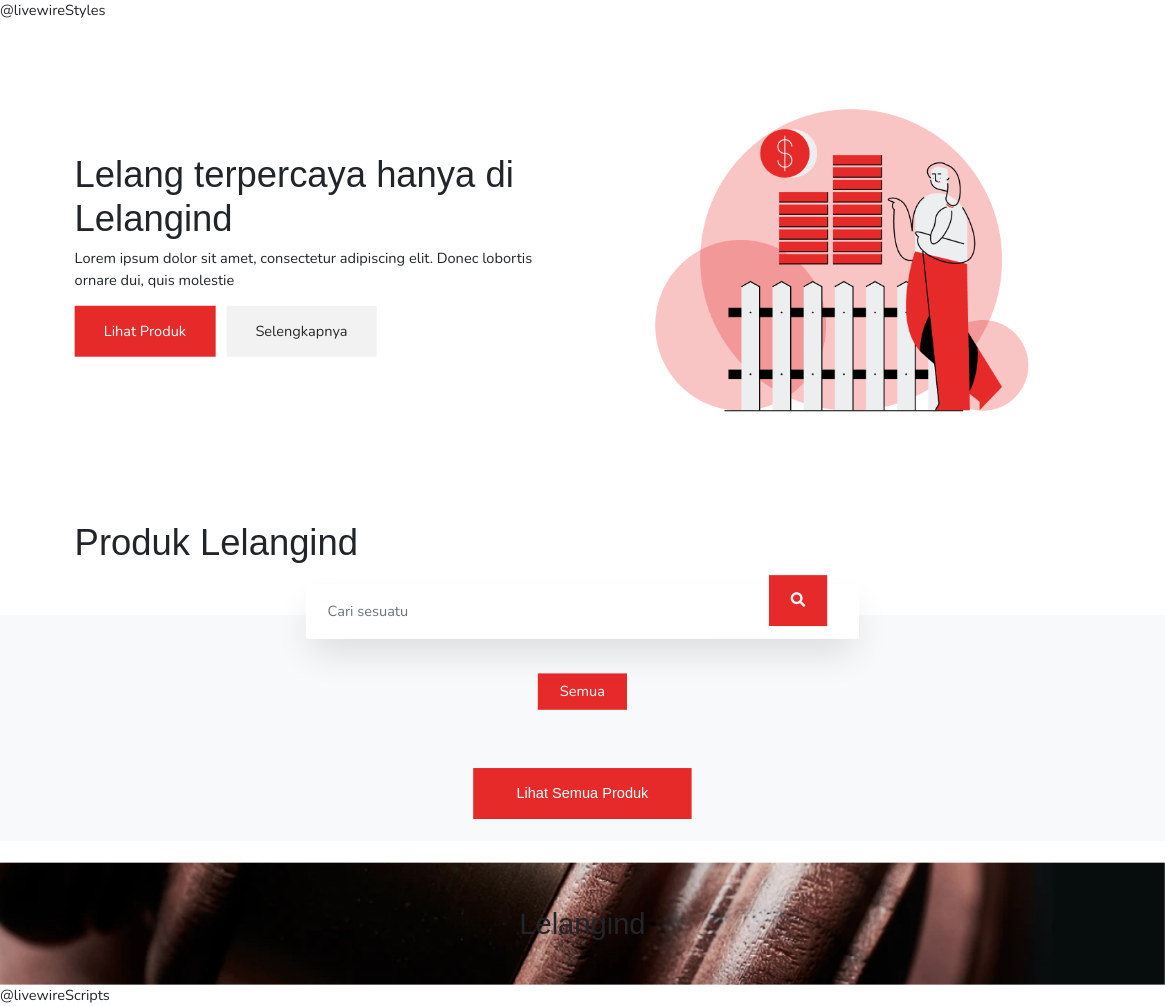
Repository: khulqu15/lelangyuk
Page: http://localhost/
These files come from the project's save history. The page is drawn as it stood at one moment and after the next save; the edit follows.
The browser window is 1280 px wide. The pictures show the whole page, at 91% of full size.
Backgrounds fixed to the window are drawn as part of the page. Some web fonts or font styles are not loaded; a fallback is used. The page is served by the project's Laravel application, run on PHP 8.4 with Laravel 8. Other server files are loaded and not shown. Queries for data that is not in the repository find no rows.

Above is the page before, as saved 2021-02-15 15:58:53.

### routes/web.php
<?php

use App\Http\Controllers\PageController;
use App\Http\Livewire\Page\Home;
use Illuminate\Support\Facades\Route;

/*
|--------------------------------------------------------------------------
| Web Routes
|--------------------------------------------------------------------------
|
| Here is where you can register web routes for your application. These
| routes are loaded by the RouteServiceProvider within a group which
| contains the "web" middleware group. Now create something great!
|
*/

Route::get('/', [PageController::class, 'home'])->name('home');

Route::get('home', [Home::class, 'render']);

Route::middleware(['auth:sanctum', 'verified'])->get('/dashboard', function () {
    return view('dashboard');
})->name('dashboard');

### app/Http/Controllers/PageController.php
<?php

namespace App\Http\Controllers;

use App\Models\CategoryProduct;
use App\Models\Product;
use Illuminate\Http\Request;

class PageController extends Controller
{
    public $product;
    public $ctr;

    public function __construct(Product $product, CategoryProduct $category)
    {
        $this->ctr = $category;
        $this->product = $product;
    }

    public function home(Request $request)
    {
        $query = $this->product->query();
        $product = $query->with('Category');
        if($request->get('name')) {
            $products = $query->where('name', 'LIKE', "%".$request->get('name')."%");
        }
        if($request->get('category')) {
            $products = $query->where('category_id', $request->get('category'));
        }
        $products = $query->paginate(6);
        $categories = $this->ctr->paginate(4);
        return view('welcome', compact('products', 'categories'));
    }

    public function products(Request $request)
    {

    }

    public function product(Request $request)
    {

    }
}

### app/Http/Controllers/Controller.php
<?php

namespace App\Http\Controllers;

use GuzzleHttp\Exception\ClientException;
use Illuminate\Foundation\Auth\Access\AuthorizesRequests;
use Illuminate\Foundation\Bus\DispatchesJobs;
use Illuminate\Foundation\Validation\ValidatesRequests;
use Illuminate\Routing\Controller as BaseController;

class Controller extends BaseController
{
    use AuthorizesRequests, DispatchesJobs, ValidatesRequests;

    public function onSuccess($dataType, $data, $requestType = null)
    {
        if($requestType != null) {
            return response()->json([
                'status' => "$dataType $requestType",
                'code' => '200',
                'data' => $data
            ]);
        }
        if($data == null) {
            return response()->json([
                'status' => "$dataType Not Found",
                'code' => '404',
                'message' => "Data $dataType belum ada",
                'data' => $data
            ]);
        }
        return response()->json([
            'status' => "$dataType Founded",
            'code' => '200',
            'message' => "Data $dataType ditemukan",
            'data' => $data
        ]);
    }

    public function onError(\Exception $e)
    {
        if($e instanceof ClientException) {
            $nException = json_decode($e->getResponse()->getBody()->getContents(), true);
            if($nException) {
                $e = new \Exception($nException['reason'], $nException['code']);
            }
        }
        $exceptions = [
            'status' => 'Failed Error',
            'code' => $e->getCode(),
            'error' => $e->getMessage(),
        ];
        return response()->json($exceptions);
    }
}

### app/Models/Product.php
<?php

namespace App\Models;

use Illuminate\Database\Eloquent\Factories\HasFactory;
use Illuminate\Database\Eloquent\Model;

class Product extends Model
{
    use HasFactory;

    protected $table = 'products';

    protected $fillable = ['name', 'close', 'price', 'picture', 'description', 'category_id'];

    public function Category()
    {
        return $this->belongsTo(CategoryProduct::class, 'category_id');
    }
}

### app/Models/CategoryProduct.php
<?php

namespace App\Models;

use Illuminate\Database\Eloquent\Factories\HasFactory;
use Illuminate\Database\Eloquent\Model;

class CategoryProduct extends Model
{
    use HasFactory;

    protected $table = 'category_products';

    protected $fillable = ['name'];

    public function Product()
    {
        return $this->hasMany(Product::class, 'category_id');
    }
}

### resources/views/welcome.blade.php
@extends('layouts.general')

@section('title', 'Beranda')

@section('content')

<div class="container py-5">
    <div class="row pt-5 pb-4">
        <div class="col-md-6 pt-5">
            <h1 class="viga">Lelang terpercaya hanya di Lelangind</h1>
            <p>Lorem ipsum dolor sit amet, consectetur adipiscing elit. Donec lobortis ornare dui, quis molestie </p>
            <button class="btn btnm-primary">Lihat Produk</button>
            <button class="btn btnm-light mx-2">Selengkapnya</button>
        </div>
        <div class="col-md-6 py-md-0 py-4 text-center">
            <img src="{{ asset('img/illust/home.png') }}" class="w-75" alt="">
        </div>
    </div>
</div>

<div class="container mt-5">
    <div class="row">
        <div class="col-md-12">
            <h1 class="viga">Produk Lelangind</h1>
        </div>
    </div>
</div>

<div class="container-fluid mt-5 pt-3 bg-light">
    <div class="container">
        <div class="row">
            <div class="col-md-8 offset-md-2 text-center position-relative">
                <div class="input-search-home">
                    <form action="{{ route('home') }}" method="GET">
                        <div class="row">
                            <div class="col-9">
                                <input value="{{ request()->get('name') == null ? null : request()->get('name') }}"
                                type="text" name="name" placeholder="Cari sesuatu" class="form-control px-4 border-0">
                            </div>
                            <div class="col-3">
                                @if (Request::get('name') == null)
                                    <button type="submit" class="btn btnm-primary px-4">
                                        <i class="fas fa-search"></i>
                                    </button>
                                @else
                                    <a href="{{ route('home') }}" type="button" class="btn btnm-light px-4">
                                        <i class="fas fa-undo"></i>
                                    </a>
                                @endif
                            </div>
                        </div>
                    </form>
                </div>
                <div class="pt-5 pb-3">
                    <a href="{{ route('home') }}" class="btn {{ request()->get('category') == null ? 'btnm-primary' : 'btnm-light' }} btnm-primary my-md-0 my-2 mx-2 px-4 py-2">Semua</a>
                    @foreach ($categories as $category)
                        <a href="{{ route('home', ['category' => $category->id]) }}"
                        class="btn {{ request()->get('category') == $category->id ? 'btnm-primary' : 'btnm-light' }} my-md-0 my-2 mx-2 px-4 py-2">{{ $category->name }}</a>
                    @endforeach
                </div>
            </div>
        </div>
        <div class="row my-4">
            @foreach ($products as $product)
            <div class="col-md-4 col-sm-6 my-2">
                <div class="card card-product border-0 cursor-point mb-4">
                    <div class="image">
                        <img src="{{ asset('img/product/'.$product->picture) }}" class="w-100 image-fit-card" alt="Produk">
                    </div>
                    <div class="body p-4">
                        <h4 class="viga">{{ $product->name }}</h4>
                        <div>
                            <div class="line-category"></div>
                            <p class="mb-0 d-inline-block textm-gray position-relative" style="top: 3px">{{ $product->category->name }}</p>
                        </div>
                        <div class="mt-4">
                            <h5 class="viga textm-primary">Rp {{ number_format($product->price) }},-</h5>
                        </div>
                        <button class="btn viga btnm-primary py-3 px-5 position-absolute" style="right:0; bottom: -16px">Lebih Detail</button>
                    </div>
                </div>
            </div>
            @endforeach
            <div class="col-12 text-center py-4">
                <button class="btn btnm-primary px-5 py-3 viga">Lihat Semua Produk</button>
            </div>
        </div>
    </div>
</div>

<div class="container-fluid py-5 bg-hammer-bottom">
    <div class="row">
        <div class="col-md-8 offset-md-2 text-center">
            <h2 class="viga mb-0">Lelangind</h2>
        </div>
    </div>
</div>

@endsection

### resources/views/layouts/general.blade.php
<!DOCTYPE html>
<html lang="{{ str_replace('_', '-', app()->getLocale()) }}">
    <head>
        <meta charset="utf-8">
        <meta name="viewport" content="width=device-width, initial-scale=1">

        <title>Lelangind | @yield('title')</title>

        <link rel="shortcut icon" href="{{ asset('img/logo.png') }}" type="image/x-icon">

        <!-- Fonts -->
        <link href="https://fonts.googleapis.com/css2?family=Nunito:wght@400;600;700&display=swap" rel="stylesheet">
        <link href="https://fonts.googleapis.com/css2?family=Viga:wght@400;600;700&display=swap" rel="stylesheet">

        {{-- Scripts --}}
        <script src="{{ asset('js/jquery-3.5.1.min.js') }}"></script>
        <script src="{{ asset('js/bootstrap.min.js') }}"></script>
        <script src="{{ asset('js/all.min.js') }}"></script>
        <script src="{{ asset('js/fontawesome.min.js') }}"></script>

        @yield('asset')

        <!-- Styles -->
        <link rel="stylesheet" href="{{ asset('css/bootstrap.min.css') }}">
        <link rel="stylesheet" href="{{ asset('css/all.min.css') }}">
        <link rel="stylesheet" href="{{ asset('css/fontawesome.min.css') }}">
        <link rel="stylesheet" href="{{ asset('css/style.css') }}">
        <style>
            /*! normalize.css v8.0.1 | MIT License | github.com/necolas/normalize.css */html{line-height:1.15;-webkit-text-size-adjust:100%}body{margin:0}a{background-color:transparent}[hidden]{display:none}html{font-family:system-ui,-apple-system,BlinkMacSystemFont,Segoe UI,Roboto,Helvetica Neue,Arial,Noto Sans,sans-serif,Apple Color Emoji,Segoe UI Emoji,Segoe UI Symbol,Noto Color Emoji;line-height:1.5}*,:after,:before{box-sizing:border-box;border:0 solid #e2e8f0}a{color:inherit;text-decoration:inherit}svg,video{display:block;vertical-align:middle}video{max-width:100%;height:auto}.bg-white{--bg-opacity:1;background-color:#fff;background-color:rgba(255,255,255,var(--bg-opacity))}.bg-gray-100{--bg-opacity:1;background-color:#f7fafc;background-color:rgba(247,250,252,var(--bg-opacity))}.border-gray-200{--border-opacity:1;border-color:#edf2f7;border-color:rgba(237,242,247,var(--border-opacity))}.border-t{border-top-width:1px}.flex{display:flex}.grid{display:grid}.hidden{display:none}.items-center{align-items:center}.justify-center{justify-content:center}.font-semibold{font-weight:600}.h-5{height:1.25rem}.h-8{height:2rem}.h-16{height:4rem}.text-sm{font-size:.875rem}.text-lg{font-size:1.125rem}.leading-7{line-height:1.75rem}.mx-auto{margin-left:auto;margin-right:auto}.ml-1{margin-left:.25rem}.mt-2{margin-top:.5rem}.mr-2{margin-right:.5rem}.ml-2{margin-left:.5rem}.mt-4{margin-top:1rem}.ml-4{margin-left:1rem}.mt-8{margin-top:2rem}.ml-12{margin-left:3rem}.-mt-px{margin-top:-1px}.max-w-6xl{max-width:72rem}.min-h-screen{min-height:100vh}.overflow-hidden{overflow:hidden}.p-6{padding:1.5rem}.py-4{padding-top:1rem;padding-bottom:1rem}.px-6{padding-left:1.5rem;padding-right:1.5rem}.pt-8{padding-top:2rem}.fixed{position:fixed}.relative{position:relative}.top-0{top:0}.right-0{right:0}.shadow{box-shadow:0 1px 3px 0 rgba(0,0,0,.1),0 1px 2px 0 rgba(0,0,0,.06)}.text-center{text-align:center}.text-gray-200{--text-opacity:1;color:#edf2f7;color:rgba(237,242,247,var(--text-opacity))}.text-gray-300{--text-opacity:1;color:#e2e8f0;color:rgba(226,232,240,var(--text-opacity))}.text-gray-400{--text-opacity:1;color:#cbd5e0;color:rgba(203,213,224,var(--text-opacity))}.text-gray-500{--text-opacity:1;color:#a0aec0;color:rgba(160,174,192,var(--text-opacity))}.text-gray-600{--text-opacity:1;color:#718096;color:rgba(113,128,150,var(--text-opacity))}.text-gray-700{--text-opacity:1;color:#4a5568;color:rgba(74,85,104,var(--text-opacity))}.text-gray-900{--text-opacity:1;color:#1a202c;color:rgba(26,32,44,var(--text-opacity))}.underline{text-decoration:underline}.antialiased{-webkit-font-smoothing:antialiased;-moz-osx-font-smoothing:grayscale}.w-5{width:1.25rem}.w-8{width:2rem}.w-auto{width:auto}.grid-cols-1{grid-template-columns:repeat(1,minmax(0,1fr))}@media (min-width:640px){.sm\:rounded-lg{border-radius:.5rem}.sm\:block{display:block}.sm\:items-center{align-items:center}.sm\:justify-start{justify-content:flex-start}.sm\:justify-between{justify-content:space-between}.sm\:h-20{height:5rem}.sm\:ml-0{margin-left:0}.sm\:px-6{padding-left:1.5rem;padding-right:1.5rem}.sm\:pt-0{padding-top:0}.sm\:text-left{text-align:left}.sm\:text-right{text-align:right}}@media (min-width:768px){.md\:border-t-0{border-top-width:0}.md\:border-l{border-left-width:1px}.md\:grid-cols-2{grid-template-columns:repeat(2,minmax(0,1fr))}}@media (min-width:1024px){.lg\:px-8{padding-left:2rem;padding-right:2rem}}@media (prefers-color-scheme:dark){.dark\:bg-gray-800{--bg-opacity:1;background-color:#2d3748;background-color:rgba(45,55,72,var(--bg-opacity))}.dark\:bg-gray-900{--bg-opacity:1;background-color:#1a202c;background-color:rgba(26,32,44,var(--bg-opacity))}.dark\:border-gray-700{--border-opacity:1;border-color:#4a5568;border-color:rgba(74,85,104,var(--border-opacity))}.dark\:text-white{--text-opacity:1;color:#fff;color:rgba(255,255,255,var(--text-opacity))}.dark\:text-gray-400{--text-opacity:1;color:#cbd5e0;color:rgba(203,213,224,var(--text-opacity))}}
        </style>

        <style>
            body {
                font-family: 'Nunito';
            }
        </style>
        @livewireStyles
    </head>
    <body class="antialiased">

        @yield('content')

    @livewireScripts
    </body>
</html>

### public/css/style.css
.viga {
    font-family: 'Viga', sans-serif;
}
.bgm-primary {
    background-color: #E62A2A !important;
}
.btnm-primary {
    border: none;
    border-radius: 0px !important;
    transition: all .3s ease-in-out;
    background-color: #E62A2A !important;
    padding: 1rem 2rem;
    color: white;
}
.cursor-point {
    cursor: pointer;
}
.btnm-primary:hover {
    color: white !important;
    background-color: #c01c1c !important;
}
.btnm-light {
    border: none;
    border-radius: 0px !important;
    transition: all .3s ease-in-out;
    background-color: #f2f2f2 !important;
    padding: 1rem 2rem;
    color: #292929;
}
.btnm-light:hover {
    color: #292929 !important;
    background-color: #c2c2c2 !important;
}
.textm-primary {
    color: #E62A2A !important;
}
.textm-gray {
    color: gray !important;
}

.input-search-home {
    width: 80%;
    position: absolute;
    left: 10%;
    height: 60px;
    box-shadow: 0px 20px 40px -6px rgba(0, 0, 0, 0.12);
    top: -50px;
    background-color: white;
}
.input-search-home input {
    height: 60px;
}
.input-search-home button,
.input-search-home a {
    position: relative;
    top: -10px;
}


.card-product {
    width: 100%;
    transition: all .3s ease-in-out;
    height: 370px;
    background-color: white;
}
.card-product:hover {
    box-shadow: 12px 24px 48px rgba(0, 0, 0, 0.09);
}
.card-product .image {
    width: 100%;
    height: 170px;
    background-color: #f36c6c;
    overflow: hidden;
}
.card-product .image img {
    transition: all .3s ease-in-out;
}
.card-product .image:hover img {
    transform: scale(1.1);
    opacity: .6;
}
.image-fit-card {
    width: 100%;
    height: 100%;
    object-fit: cover !important;
}
.card-product .line-category {
    display: inline-block;
    width: 20px;
    height: 3px;
    background-color: gray;
}

.bg-hammer-bottom {
    background: url('../img/wallpaper/hammer.png');
    background-attachment: fixed;
    background-position: center;
    background-size: cover;
}

Loaded but not shown: public/js/jquery-3.5.1.min.js (library); public/js/bootstrap.min.js (library); public/js/fontawesome.min.js (library); public/css/bootstrap.min.css (library); public/css/all.min.css (library); public/css/fontawesome.min.css (library)

After the next save:
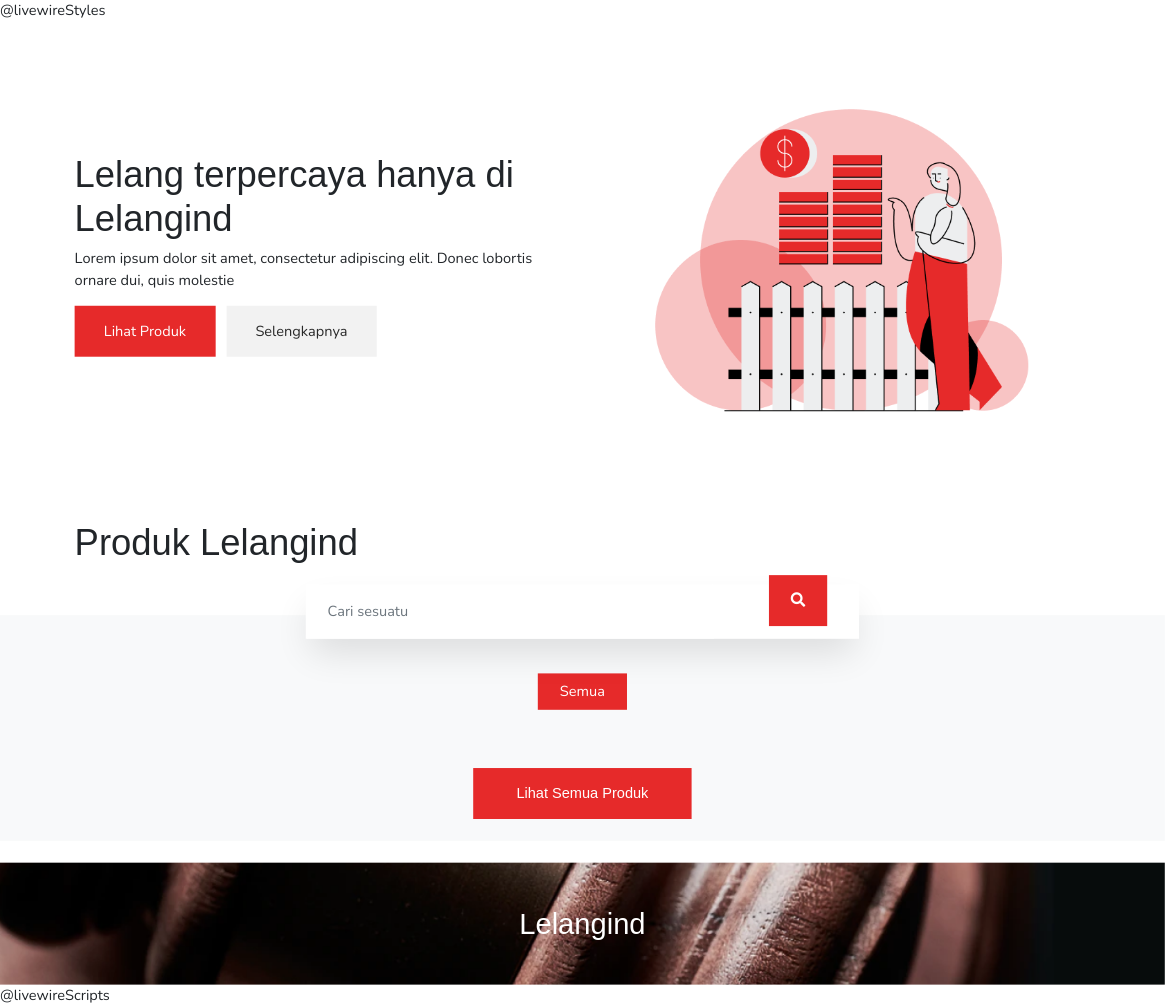
Saved 18 s later.
--- a/resources/views/welcome.blade.php
+++ b/resources/views/welcome.blade.php
@@ -91,7 +91,7 @@
 <div class="container-fluid py-5 bg-hammer-bottom">
     <div class="row">
         <div class="col-md-8 offset-md-2 text-center">
-            <h2 class="viga mb-0">Lelangind</h2>
+            <h2 class="viga text-white mb-0">Lelangind</h2>
         </div>
     </div>
 </div>
